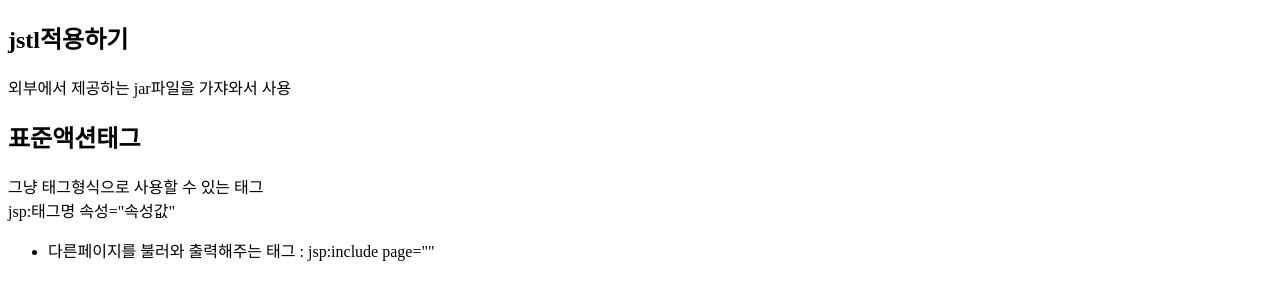
Repository: simjiho/week
Page: http://localhost/el_jstl/
The author's editor kept a copy of each file at every save. The page is drawn from the files as they stood at one save, then again after the next save.
The browser window is 1280 px wide. The pictures show the whole page.
The page is served by Tomcat 9.

Above is the page before, as saved 2024-04-20 05:04:56.

After the next save:
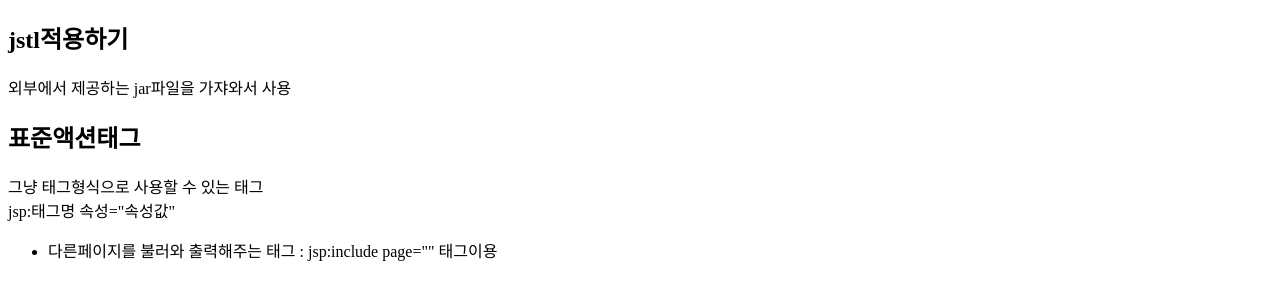
Saved 6 s later.
--- a/workspace/el_jstl/src/main/webapp/index.jsp
+++ b/workspace/el_jstl/src/main/webapp/index.jsp
@@ -20,7 +20,7 @@
 	</p>
 	<ul>
 		<li>
-			다른페이지를 불러와 출력해주는 태그 : jsp:include page=""
+			다른페이지를 불러와 출력해주는 태그 : jsp:include page="" 태그이용
 		</ul>
 </body>
 </html>
